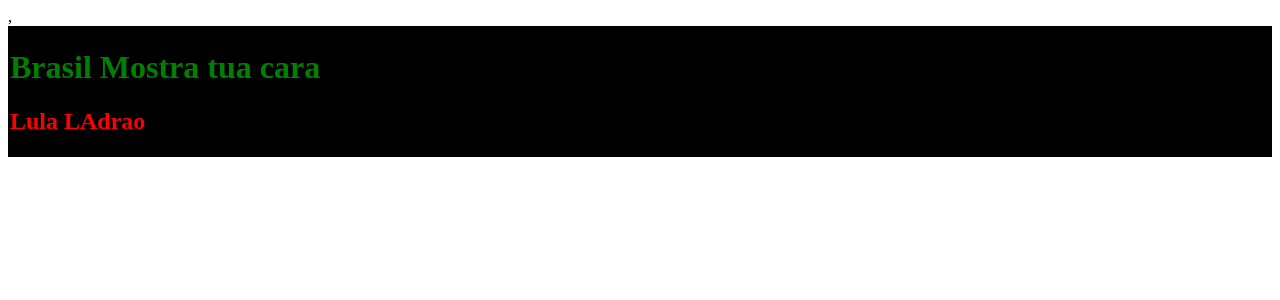
Repository: lcluizrj/meu-projeto-vscode
Page: / (app in cadastro-usuarios-devclub/)
These files come from the project's save history. The page is drawn as it stood at one moment and after a run of saves; the edit follows.
The browser window is 1280 px wide. The pictures show the whole page.
The project was rebuilt for these pictures with package versions that can differ from the ones it lists, and the page was loaded fresh each time. Also part of the build but not shown: cadastro-usuarios-devclub/vite.config.js.

Above is the page before, as saved 2026-08-12 18:38:52.

### cadastro-usuarios-devclub/index.html
<!doctype html>
<html lang="en">
  <head>
    <meta charset="UTF-8" />
    <link rel="icon" type="image/svg+xml" href="/favicon.svg" />
    <meta name="viewport" content="width=device-width, initial-scale=1.0" />
    <title>cadastro-usuarios-devclub</title>
    <link rel="preconnect" href="https://fonts.googleapis.com">
    <link rel="preconnect" href="https://fonts.gstatic.com" crossorigin>
    <link href="https://fonts.googleapis.com/css2?family=Poppins:wght@300;600&family=Roboto:ital,wght@0,100..900;1,100..900&display=swap" rel="stylesheet">
  </head>
  <body>
    <div id="root"></div>
    <script type="module" src="/src/main.jsx"></script>
  </body>
</html>

### cadastro-usuarios-devclub/src/main.jsx
import { StrictMode } from 'react'
import { createRoot } from 'react-dom/client'
import { globalstyles } from './styles/globalstyles.js'
import App from './App.jsx'

createRoot(document.getElementById('root')).render(
  <StrictMode>
    <globalstyles/>,
    <App />
  </StrictMode>,
)

### cadastro-usuarios-devclub/src/styles/globalstyles.js
import { createGlobalStyle } from "styled-components";

export const globalstyles = createGlobalStyle`
*   {

        margin: 0;
        padding:0;
        box-sizing:border-box;
        font-family: "Roboto", sans-serif;
    }

`

### cadastro-usuarios-devclub/src/App.jsx
import { Container } from "./styles"
import { Title } from "./styles"
function App () {

return (
  <Container>
    <h1>Brasil Mostra tua cara</h1>
    <Title> Lula LAdrao </Title>
  </Container>
)

}

export default App

### cadastro-usuarios-devclub/src/styles.js
import styled from "styled-components"

export const Container = styled.div `
 background: black;
 border: solid 2px ;
 border-radius: 15;

h1 {
    font-size: 40;
    color: green;

}

`
export const Title = styled.h2`

color: red;
border: blue;
font-size: 100;



`

After the next 3 saves:
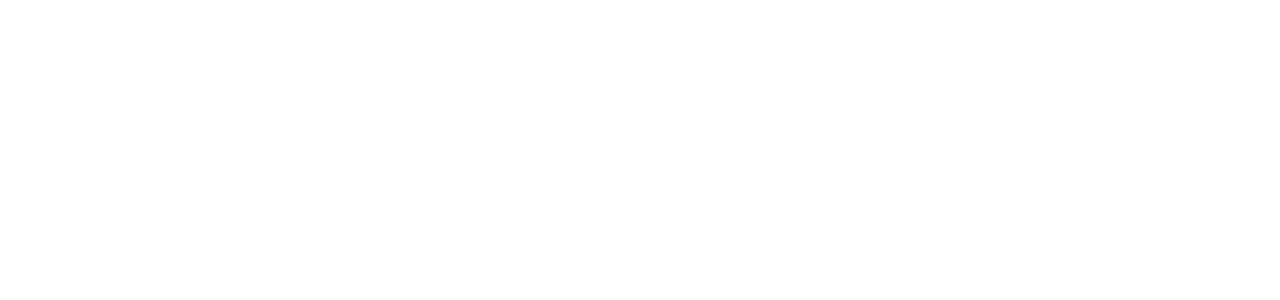
Console error: ReferenceError: React is not defined
The 3 saves are shown as one change because they came seconds apart.
The last was saved 88 s later.
--- a/cadastro-usuarios-devclub/src/main.jsx
+++ b/cadastro-usuarios-devclub/src/main.jsx
@@ -4,8 +4,8 @@
 import App from './App.jsx'
 
 createRoot(document.getElementById('root')).render(
-  <StrictMode>
+  <React.StrictMode>
     <globalstyles/>,
     <App />
-  </StrictMode>,
+  </React.StrictMode>,
 )

After the 2 saves that followed:
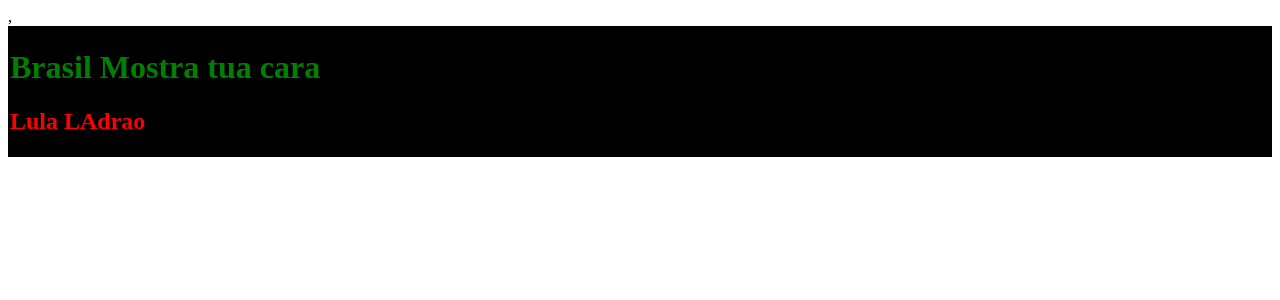
The error is gone.
The 2 saves are shown as one change because 1 did not build or start.
The last was saved 28 s later.
--- a/cadastro-usuarios-devclub/src/main.jsx
+++ b/cadastro-usuarios-devclub/src/main.jsx
@@ -1,4 +1,4 @@
-import { StrictMode } from 'react'
+import React from 'react'
 import { createRoot } from 'react-dom/client'
 import { globalstyles } from './styles/globalstyles.js'
 import App from './App.jsx'
